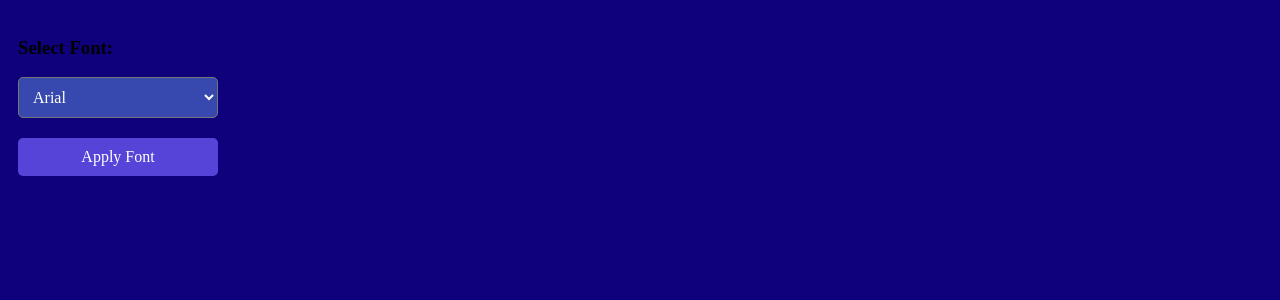
Repository: adatechschool/extension-navigateur-extension_walid_eliana_imelda
Page: extention 5/popup.html
The author's editor kept a copy of each file at every save. The page is drawn from the files as they stood at one save, then again after the next save.
The browser window is 1280 px wide. The pictures show the whole page.

Above is the page before, as saved 2024-01-19 00:23:48.

### extention 5/popup.html
<!DOCTYPE html>
<html>
<head>
  <title>Font Changer</title>
  <link rel="stylesheet" type="text/css" href="popup.css">
  <script src="popup.js"></script>
</head>
<body>
  <h3>Select Font:</h3>
  <select id="fontSelector">
    <option value="Arial">Arial</option>
    <option value="Times New Roman">Times New Roman</option>
    <option value="Courier New">Courier New</option>
  </select>
  <button id="applyFont">Apply Font</button>
</body>
</html>

### extention 5/popup.css
@font-face {
  font-family: OpenDyslexic;
  src: url('OpenDyslexic-Regular.otf') format('otf');
  font-weight: normal;
  font-style: normal;
}
body {
    width: 200px;
    padding: 10px;
    background-color: #0f007c;
    border-radius: 5px;

  }


  label {
    font-family: Montserrat;
    display: block;
    margin-bottom: 5px;
    font-size: 14px;
   color : white;
  }

  select, button {
    width: 100%;
    margin-bottom: 20px;
    padding: 10px;
    font-size: 16px;
    background-color:#3749ae;
    border-radius: 5px;
    font-family: Montserrat;
    color : white;

  }

  button {
    background-color: #5544d7;
    border: 5px;
    cursor: pointer;

  }

  button:hover {
    background-color: #357ae8;
  }
  h1 {
    color:white;
    font-family: Montserrat;
  }

### extention 5/popup.js
document.addEventListener('DOMContentLoaded', function () {
  const fontSelector = document.getElementById('fontSelector');
  const applyFontButton = document.getElementById('applyFont');

  applyFontButton.addEventListener('click', function () {
    chrome.tabs.query({ active: true, currentWindow: true }, function (tabs) {
      chrome.tabs.sendMessage(tabs[0].id, {action: 'changeFont',font: fontSelector.value
      });
    });
  });
});

After the next save:
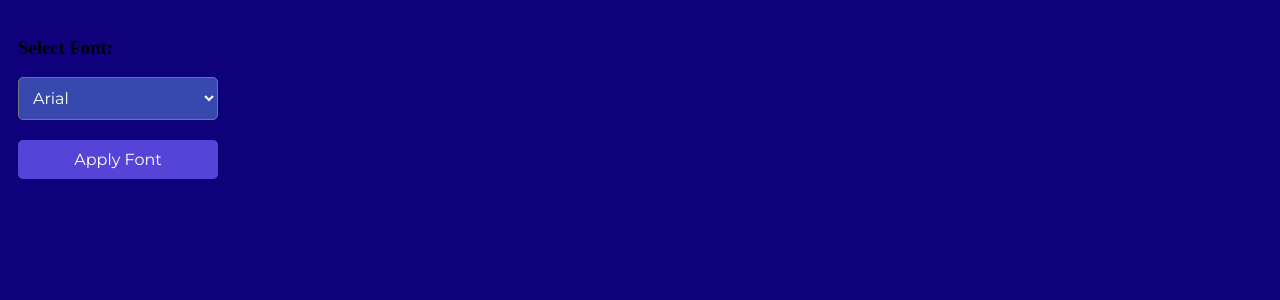
Saved 3 min 31 s later.
--- a/extention 5/popup.html
+++ b/extention 5/popup.html
@@ -4,6 +4,10 @@
   <title>Font Changer</title>
   <link rel="stylesheet" type="text/css" href="popup.css">
   <script src="popup.js"></script>
+
+  <link rel="preconnect" href="https://fonts.googleapis.com">
+  <link rel="preconnect" href="https://fonts.gstatic.com" crossorigin>
+  <link href="https://fonts.googleapis.com/css2?family=Montserrat:wght@400;700&display=swap" rel="stylesheet">
 </head>
 <body>
   <h3>Select Font:</h3>
